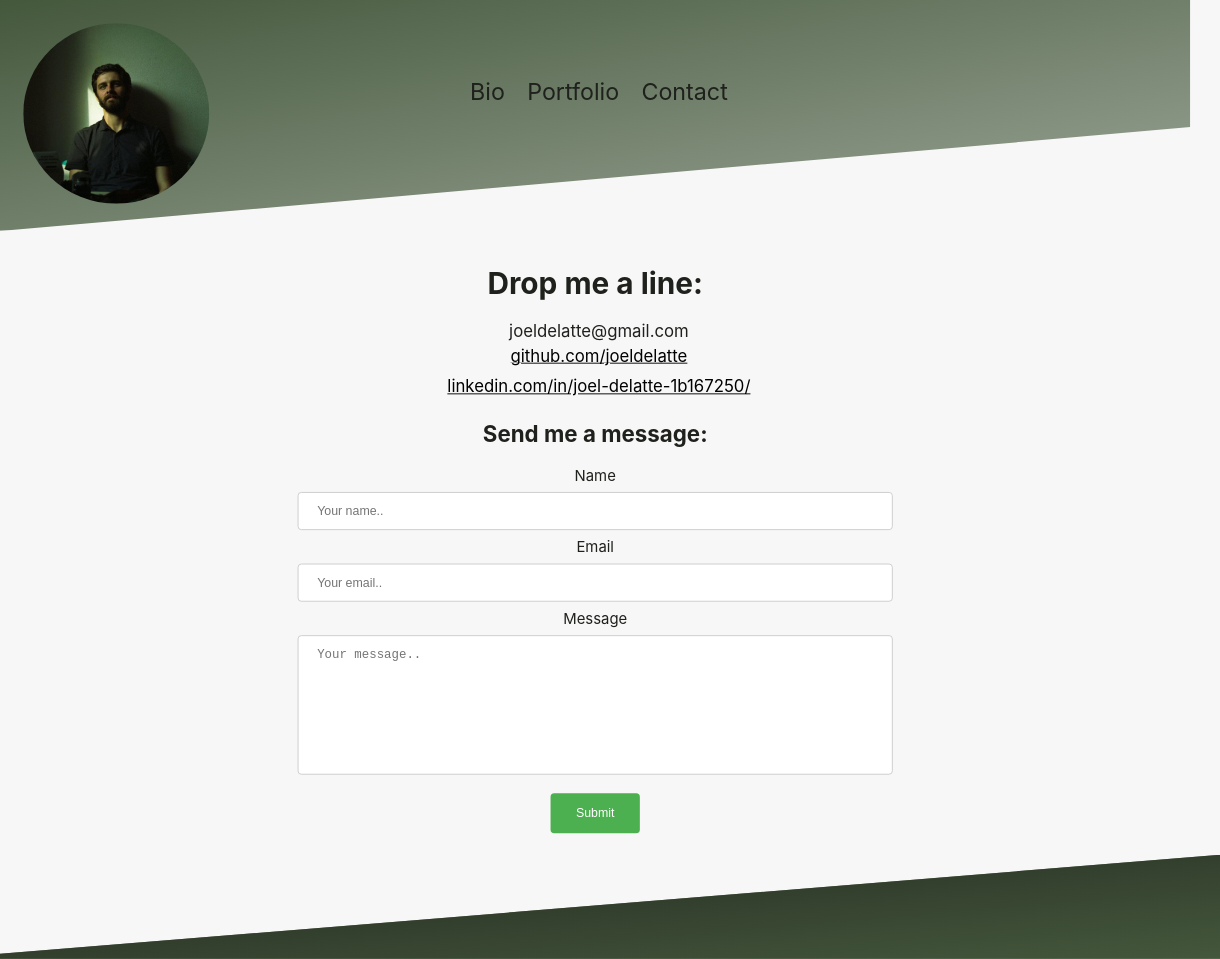
Repository: joeldelatte/react-portfolio
Page: /contact (app in client/)
These files come from the project's save history. The page is drawn as it stood at one moment and after the next save; the edit follows.
The browser window is 1280 px wide. The page is 1312 px wide, so the pictures cover 1312 px, including what lies to the right of the window. The pictures show the whole page, at 93% of full size.
The project was rebuilt for these pictures with package versions that can differ from the ones it lists, and the page was loaded fresh each time. Also part of the build but not shown: client/src/App.css, client/src/Components/Bio/bio.css, client/src/Components/Bio/Bio.js, client/src/Components/Portfolio/portfolio.css, client/src/Components/Portfolio/Portfolio.js, client/src/Page/Footer.js.

Above is the page before, as saved 2020-07-10 21:17:10.

### client/public/index.html
<!doctype html>
<html lang="en">
  <head>
    <meta charset="utf-8">
    <meta name="viewport" content="width=device-width, initial-scale=1, shrink-to-fit=no">
    <meta name="theme-color" content="#000000">
    <!--
      manifest.json provides metadata used when your web app is added to the
      homescreen on Android. See https://developers.google.com/web/fundamentals/engage-and-retain/web-app-manifest/
    -->
    <link rel="manifest" href="%PUBLIC_URL%/manifest.json">
    <link rel="shortcut icon" href="%PUBLIC_URL%/favicon.ico">
    <!--
      Notice the use of %PUBLIC_URL% in the tags above.
      It will be replaced with the URL of the `public` folder during the build.
      Only files inside the `public` folder can be referenced from the HTML.

      Unlike "/favicon.ico" or "favicon.ico", "%PUBLIC_URL%/favicon.ico" will
      work correctly both with client-side routing and a non-root public URL.
      Learn how to configure a non-root public URL by running `npm run build`.
    -->
    <title>Joel Delatte</title>
  </head>
  <body>
    <noscript>
      You need to enable JavaScript to run this app.
    </noscript>
    <div id="root"></div>
    <!--
      This HTML file is a template.
      If you open it directly in the browser, you will see an empty page.

      You can add webfonts, meta tags, or analytics to this file.
      The build step will place the bundled scripts into the <body> tag.

      To begin the development, run `npm start` or `yarn start`.
      To create a production bundle, use `npm run build` or `yarn build`.
    -->
  </body>
</html>

### client/src/index.css
body {
  height:100%;
  min-height: 100%;
  margin: 0;
  padding: 0;
  border: 0;
  font-family: -apple-system, BlinkMacSystemFont, 'Segoe UI', 'Roboto', 'Oxygen',
    'Ubuntu', 'Cantarell', 'Fira Sans', 'Droid Sans', 'Helvetica Neue',
    sans-serif;
  -webkit-font-smoothing: antialiased;
  -moz-osx-font-smoothing: grayscale;
  background-color: rgb(247, 247, 247);
  color: rgb(31,33,28);
}

code {
  font-family: source-code-pro, Menlo, Monaco, Consolas, 'Courier New',
    monospace;
}

### client/src/App.js
import React from 'react';
import {BrowserRouter as Router, Route, Switch, Link} from "react-router-dom";
import './App.css';
import Bio from "./Components/Bio/Bio";
import Nav from "./Page/Nav";
import Contact from "./Components/Contact/Contact";
import Portfolio from "./Components/Portfolio/Portfolio";
import Footer from "./Page/Footer";

export default function App() {
  return (
    <>
      <Router>
        <Nav />
        <Switch>
          <Route exact path="/">
            <Bio />
          </Route>
          <Route exact path="/contact">
            <Contact />
          </Route>
          <Route exact path="/portfolio">
            <Portfolio />
          </Route>
        </Switch>
        {/* <Footer /> */}
      </Router>
    </>
  );
}

### client/src/Page/Nav.js
import React from "react";
import {BrowserRouter as Router, Route, Switch, Link} from "react-router-dom";
import Avatar from "./Avatar";
import "./Page.css";

function Nav () {
    return (
      <div className="header">
        <Avatar />
        <div className="nav">
          <Link to="/">Bio</Link>
          <Link to="/portfolio">Portfolio</Link>
          <Link to="/contact">Contact</Link>
        </div>
      </div>
    );
};

export default Nav;

### client/src/Components/Contact/Contact.js
import React from "react";
import axios from "axios";
import "./contact.css";

export default function Contact() {

    function handleSubmit(event) {
        event.preventDefault();
        const name = document.getElementById('name').value;
        const email = document.getElementById('email').value;
        const message = document.getElementById('message').value;

        axios({
            method: "POST",
            url: "http://localhost:3001/send", //https://joel-delatte-portfolio.herokuapp.com/send
            data: {
                name: name,
                email: email,
                message: message
            }
        }).then((res)=>{
            if(res.data.msg === 'success') {
                alert("Message Sent.");
                resetForm();
            }else if (res.data.msg === 'fail') {
                alert("Message failed to send");
            }
        })
    }

    function resetForm() {
        document.getElementById("contact-form").reset();
    }

    return (
      <div className="conatiner">
        <div className="contact">
          <h1>Drop me a line:</h1>
          <span className="email-address">joeldelatte@gmail.com</span>
          <a href="https://github.com/joeldelatte" target="_blank">
            github.com/joeldelatte
          </a>
          <a
            href="https://www.linkedin.com/in/joel-delatte-1b167250/"
            target="_blank"
          >
            linkedin.com/in/joel-delatte-1b167250/
          </a>
          <h2>Send me a message:</h2>
          <form
            id="contact-form"
            onSubmit={handleSubmit}
            className="form"
            method="POST"
          >
            <label htmlFor="fname">Name</label>
            <input
              type="text"
              id="name"
              name="firstname"
              placeholder="Your name.."
            />
            <label htmlFor="email">Email</label>
            <input
              type="text"
              id="email"
              name="email"
              placeholder="Your email.."
            />
            <label htmlFor="message">Message</label>
            <textarea type="text" id="message" placeholder="Your message.." />
            <input type="submit" value="Submit"></input>
          </form>
        </div>
        <footer>Hello</footer>
      </div>
    );
}

### client/src/Page/Avatar.js
import React from "react";
import Portrait from "./images/joel_d.png"
import "./Page.css";

const styles = {
    maxWidth: 200,
    maxHeight: 200,
    borderRadius: 100,
    marginLeft: 25
};

function Avatar () {

    return (
      <div>
          <img src={Portrait} alt="avatar"  className="avatar" /> {/* style={styles} */}
      </div>
    );
};

export default Avatar;

### client/src/Page/Page.css
.header {
  height: 38%;
  background-image: linear-gradient(to right bottom, rgba(68,88,60, 1), rgba(68,88,60, 0.501));
  /* , url("../img/hero.jpg"); */
  background-size: cover;
  background-position: top;
  position: relative;
  -webkit-clip-path: polygon(0 0, 100% 0, 100% 55%, 0 100%);
  clip-path: polygon(0 0, 100% 0, 100% 55%, 0 100%);
  position: relative;
}

  .avatar {
    display: inline;
    max-width: 200px;
    max-height: 200px;
    border-radius: 100%;
    margin: 25px;
    }

.nav {
    position: absolute;
    top: 40%;
    left: 50%;
    transform: translate(-50%, -50%);
    text-align: center;
}

.nav a {
    padding: 6px 8px 6px 16px;
    text-decoration: none;
    font-size: 25px;
    color: rgb(31,33,28);
    display: inline;
    text-align: center;
  }

.nav a:hover {
    color: #f1f1f1;
}

/* .footer {
  padding: 1rem;
  height: 5rem;
  margin-top: -5rem;
  background-color: rgb(68,88,60);
  background-image: linear-gradient(to right bottom, rgba(31,33,28, 0.901), rgba(68,88,60, 0.601));
  -webkit-clip-path: polygon(0 85%, 100% 0, 100% 100%, 0 100%);
  clip-path: polygon(0 95%, 100% 0, 100% 100%, 0 100%);
  display: block;
  position: fixed;
  left: 0;
  bottom: 0;
  width: 100%;
  text-align: center;
} */

### client/src/Components/Contact/contact.css
/* .container {
  position: relative;
} */
.contact {
    min-height: 100%;
    padding: 15px;
    max-width: 50%;
    margin: 0 auto;
    text-align: center;
    padding-bottom: -5rem;
}

.contact a {
  padding: 6px 8px 6px 16px;
  text-decoration: underline;
  font-size: 18px;
  color: black;
  display: block;
}

.contact a:hover {
  color: #818181;
}

.email-address {
  padding: 6px 8px 6px 16px;
  font-size: 18px;
}

input[type=text], select {
    width: 100%;
    padding: 12px 20px;
    margin: 8px 0;
    display: inline-block;
    border: 1px solid #ccc;
    border-radius: 4px;
    box-sizing: border-box;
  }

  input[type=submit] {
    width: 15%;
    background-color: #4CAF50;
    color: white;
    padding: 14px 20px;
    margin: 8px 0;
    border: none;
    border-radius: 4px;
    cursor: pointer;
  }

  input[type=submit]:hover {
    background-color: #45a049;
  }

textarea {
    width: 100%;
    height: 150px;
    margin: 8px 0;
    padding: 12px 20px;
    box-sizing: border-box;
    border: 1px solid #ccc;
    border-radius: 4px;
    resize: none;
  }

  footer {
  height: 5rem;
  width: 100%;
  padding: 1rem;
  background-color: rgb(68,88,60);
  background-image: linear-gradient(to right bottom, rgba(31,33,28, 0.901), rgba(68,88,60, 0.601));
  -webkit-clip-path: polygon(0 85%, 100% 0, 100% 100%, 0 100%);
  clip-path: polygon(0 95%, 100% 0, 100% 100%, 0 100%);
  text-align: center;
}

  @media only screen and (max-width: 768px) {
    .contact {
      margin-left: 110px;
    }
  }

Loaded but not shown: client/src/index.js (common file); client/src/serviceWorker.js (common file)

After the next save:
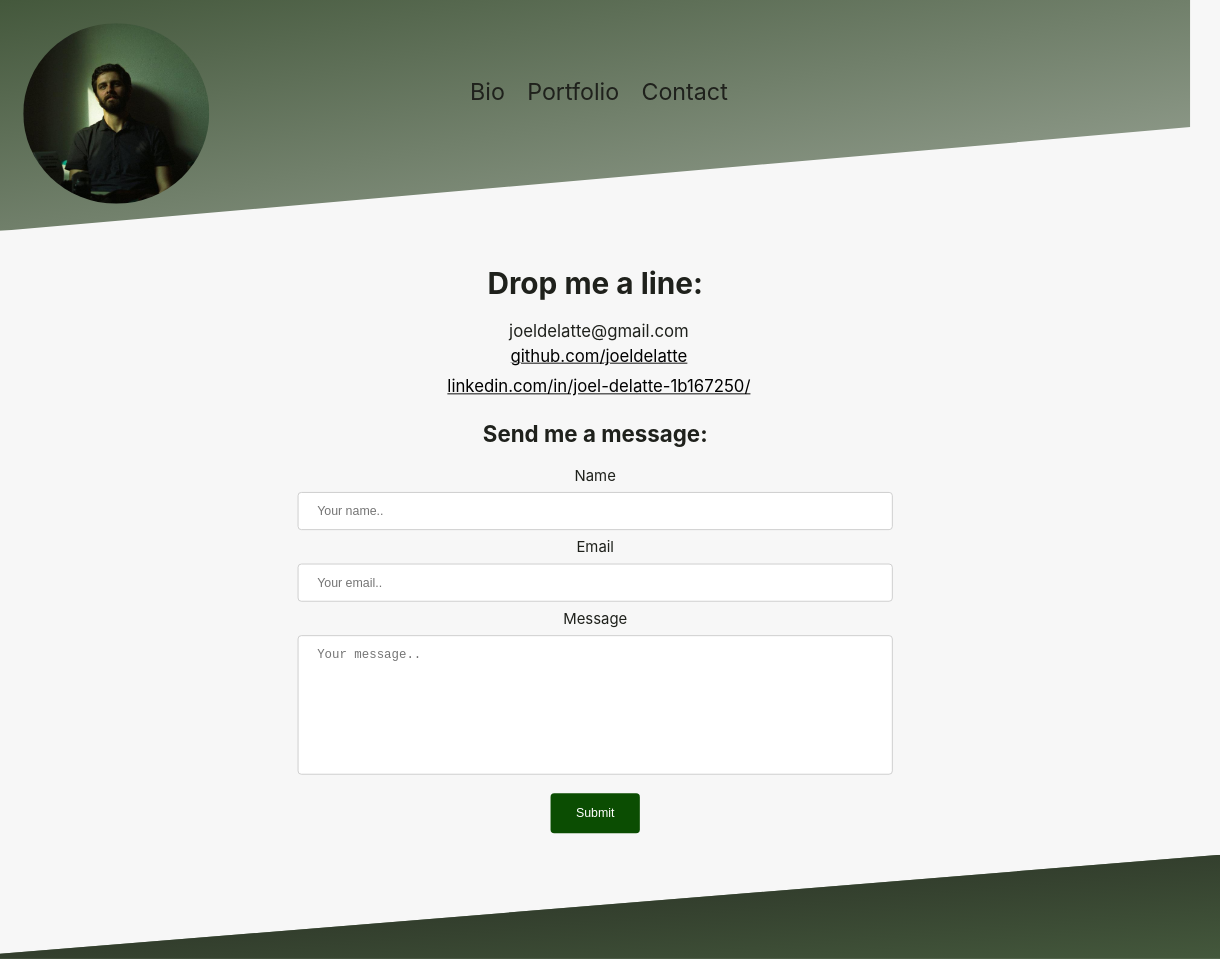
Saved 53 s later.
--- a/client/src/Components/Contact/contact.css
+++ b/client/src/Components/Contact/contact.css
@@ -39,7 +39,7 @@
 
   input[type=submit] {
     width: 15%;
-    background-color: #4CAF50;
+    background-color: rgb(11, 77, 2);
     color: white;
     padding: 14px 20px;
     margin: 8px 0;
@@ -72,6 +72,7 @@
   -webkit-clip-path: polygon(0 85%, 100% 0, 100% 100%, 0 100%);
   clip-path: polygon(0 95%, 100% 0, 100% 100%, 0 100%);
   text-align: center;
+  color: ;
 }
 
   @media only screen and (max-width: 768px) {

After the save that followed:
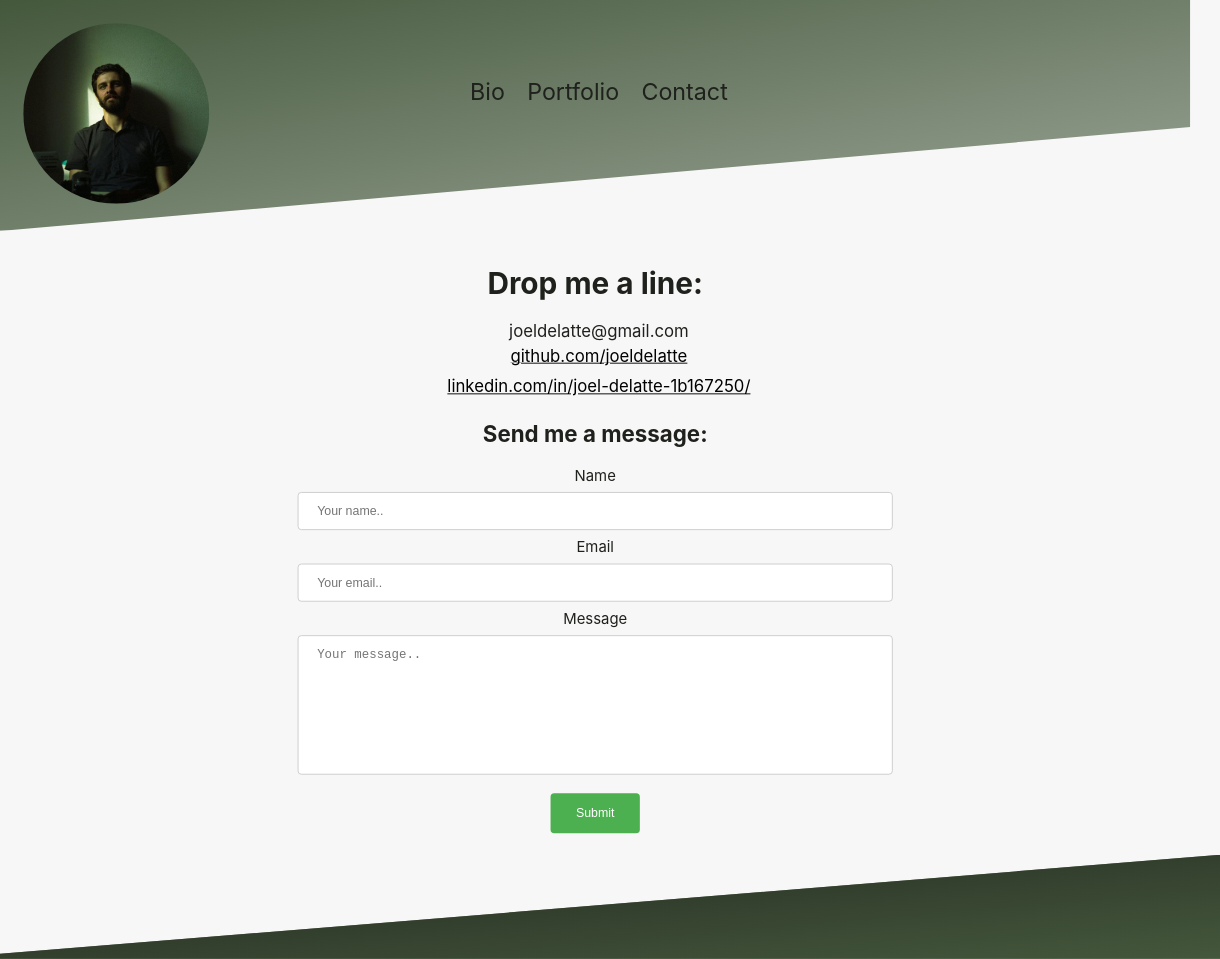
Saved 18 s later.
--- a/client/src/Components/Contact/contact.css
+++ b/client/src/Components/Contact/contact.css
@@ -39,7 +39,7 @@
 
   input[type=submit] {
     width: 15%;
-    background-color: rgb(11, 77, 2);
+    background-color: #4CAF50;
     color: white;
     padding: 14px 20px;
     margin: 8px 0;
